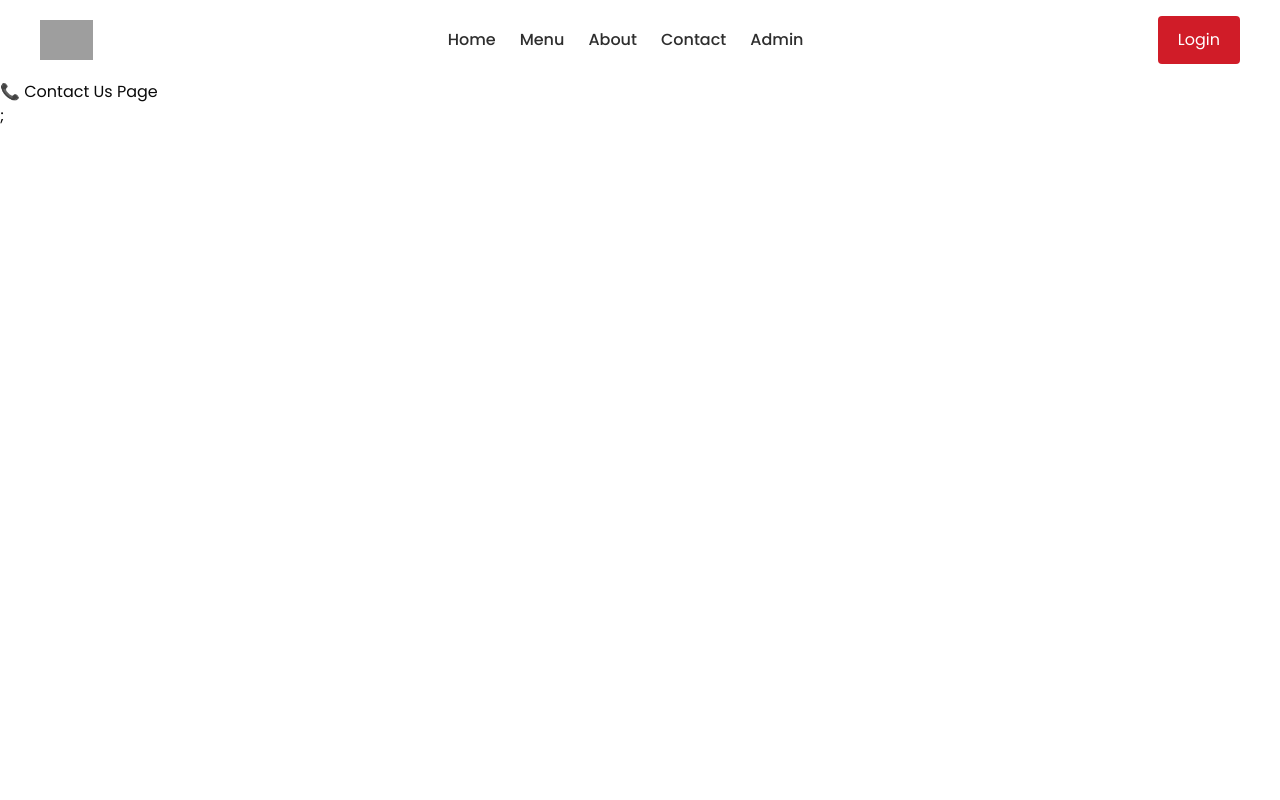
Repository: oehab30/Nike-ecommerce
Page: /contact
An editor plug-in stored every save of this project. The page is shown before and after a run of saves, followed by the edit.
The browser window is 1280 px wide. The pictures show the whole page.
Pictures or frames that could not be fetched are drawn as grey boxes. The project was rebuilt for these pictures with package versions that can differ from the ones it lists, and the page was loaded fresh each time. Also part of the build but not shown: vite.config.js, src/components/home-page/Hero.jsx, src/pages/Home.jsx, src/Lib/utils.js, src/components/ui/breadcrumb.jsx, src/components/common/Tap.jsx, src/components/common/Categories.jsx, src/components/common/Shop.jsx and 6 more.

Above is the page before, as saved 2025-11-20 23:00:18.

After the next 2 saves:
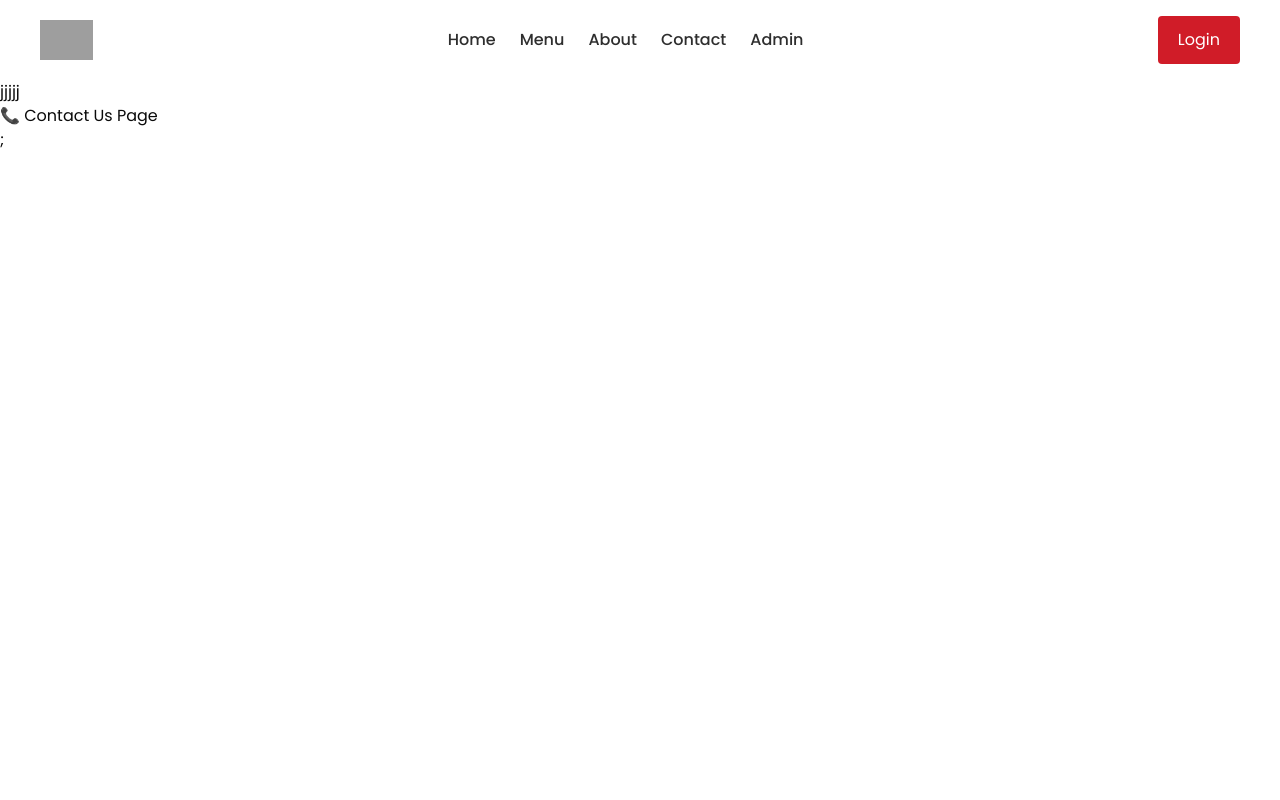
The 2 saves are shown as one change because they came seconds apart.
The last was saved 7 s later.
--- a/src/pages/Contact.jsx
+++ b/src/pages/Contact.jsx
@@ -1,8 +1,9 @@
+import Navbox from '@/components/common/Navbox'
 import React from 'react'
 function Contact() {
   return (
 <>
-<nNvbox/>
+<Navbox/>
       <h2>📞 Contact Us Page</h2>;
       </>
      )
